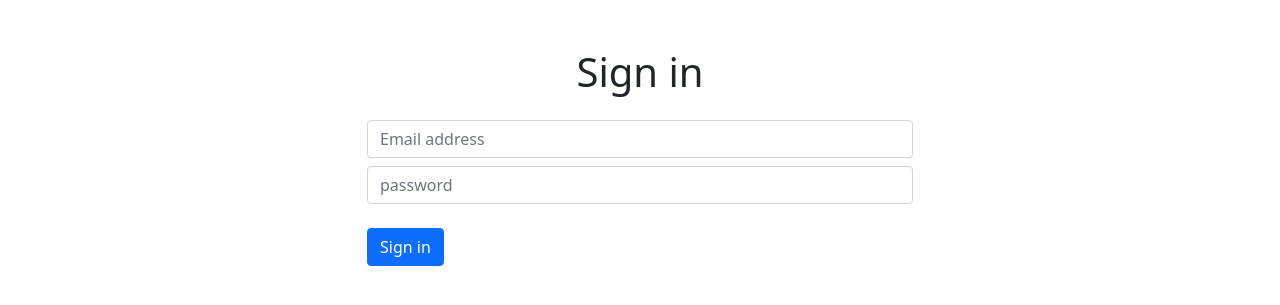
Repository: paresh-art/MyWebsite
Page: http://localhost/com.website/signIn.jsp
The author's editor kept a copy of each file at every save. The page is drawn from the files as they stood at one save, then again after the next save.
The browser window is 1280 px wide. The pictures show the whole page.
The page is served by Tomcat 9. Other server files are loaded and not shown.

Above is the page before, as saved 2022-11-08 08:31:54.

### com.website/src/main/webapp/signIn.jsp
<%@ page language="java" contentType="text/html; charset=UTF-8"
	pageEncoding="UTF-8"%>
<!DOCTYPE html>
<html>
<head>
<meta charset="UTF-8">
<!-- Required meta tags -->
<meta charset="utf-8">
<meta name="viewport" content="width=device-width, initial-scale=1">
<!-- Bootstrap CSS -->
<link
	href="https://cdn.jsdelivr.net/npm/bootstrap@5.0.2/dist/css/bootstrap.min.css"
	rel="stylesheet"
	integrity="sha384-EVSTQN3/azprG1Anm3QDgpJLIm9Nao0Yz1ztcQTwFspd3yD65VohhpuuCOmLASjC"
	crossorigin="anonymous">

<title>Sign in Page</title>
</head>
<body>
	<div class="container mt-5">
		<h1 class="mx-auto text-center">Sign in</h1>
		<form action="home.jsp" class="mt-4" method="post">
			<div class="row">
				<div class="col-lg-6 col-md-8 col-sm-12 mx-auto text-light">
					<input type="text" class="form-control" placeholder="Email address"
						name="email">
				</div>
			</div>

			<div class="row mt-2">
				<div class="col-lg-6 col-md-8 col-sm-12 mx-auto text-light">
					<input type="text" class="form-control" placeholder="password"
						name="password">
				</div>
			</div>
			<br>
			<div class="row">
				<div class="col-lg-6 col-md-8 col-sm-12 mx-auto text-light">
					<button class="btn btn-primary mx-auto" type="submit">Sign in</button>
				</div>

			</div>
		</form>
	</div>

<!-- Optional JavaScript; choose one of the two! -->

	<!-- Option 1: Bootstrap Bundle with Popper -->
	<script
		src="https://cdn.jsdelivr.net/npm/bootstrap@5.0.2/dist/js/bootstrap.bundle.min.js"
		integrity="sha384-MrcW6ZMFYlzcLA8Nl+NtUVF0sA7MsXsP1UyJoMp4YLEuNSfAP+JcXn/tWtIaxVXM"
		crossorigin="anonymous"></script>

	<!-- Option 2: Separate Popper and Bootstrap JS -->
	<!--
    <script src="https://cdn.jsdelivr.net/npm/@popperjs/core@2.9.2/dist/umd/popper.min.js" integrity="sha384-IQsoLXl5PILFhosVNubq5LC7Qb9DXgDA9i+tQ8Zj3iwWAwPtgFTxbJ8NT4GN1R8p" crossorigin="anonymous"></script>
    <script src="https://cdn.jsdelivr.net/npm/bootstrap@5.0.2/dist/js/bootstrap.min.js" integrity="sha384-cVKIPhGWiC2Al4u+LWgxfKTRIcfu0JTxR+EQDz/bgldoEyl4H0zUF0QKbrJ0EcQF" crossorigin="anonymous"></script>
    -->



</body>
</html>

After the next save:
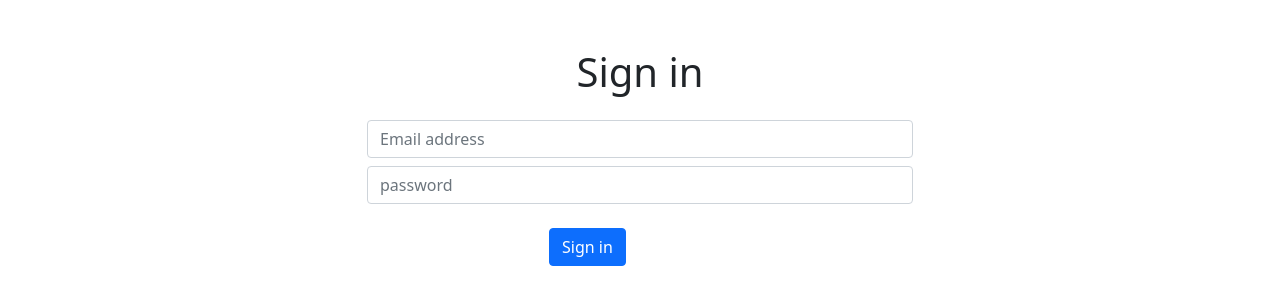
Saved 35 s later.
--- a/com.website/src/main/webapp/signIn.jsp
+++ b/com.website/src/main/webapp/signIn.jsp
@@ -36,7 +36,7 @@
 			<br>
 			<div class="row">
 				<div class="col-lg-6 col-md-8 col-sm-12 mx-auto text-light">
-					<button class="btn btn-primary mx-auto" type="submit">Sign in</button>
+					<button class="btn btn-primary offset-4" type="submit">Sign in</button>
 				</div>
 
 			</div>

After the save that followed:
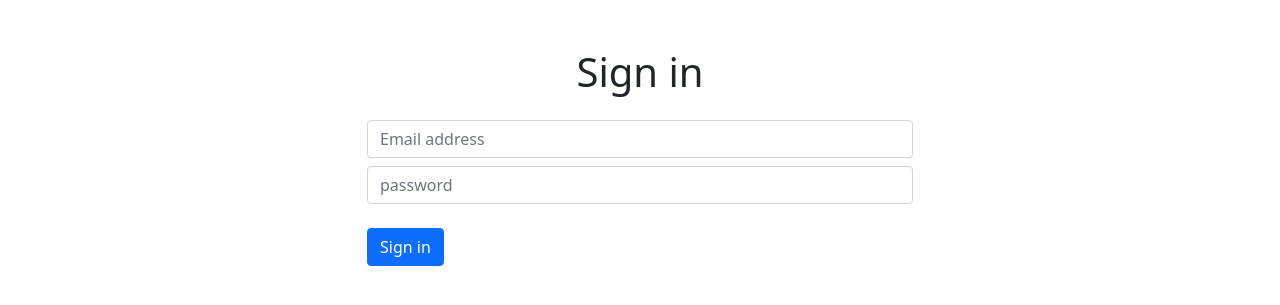
Saved 4 min 14 s later.
--- a/com.website/src/main/webapp/signIn.jsp
+++ b/com.website/src/main/webapp/signIn.jsp
@@ -17,7 +17,7 @@
 <title>Sign in Page</title>
 </head>
 <body>
-	<div class="container mt-5">
+	<div class="container-sm mt-5">
 		<h1 class="mx-auto text-center">Sign in</h1>
 		<form action="home.jsp" class="mt-4" method="post">
 			<div class="row">
@@ -36,7 +36,7 @@
 			<br>
 			<div class="row">
 				<div class="col-lg-6 col-md-8 col-sm-12 mx-auto text-light">
-					<button class="btn btn-primary offset-4" type="submit">Sign in</button>
+					<button class="btn btn-primary" type="submit">Sign in</button>
 				</div>
 
 			</div>
